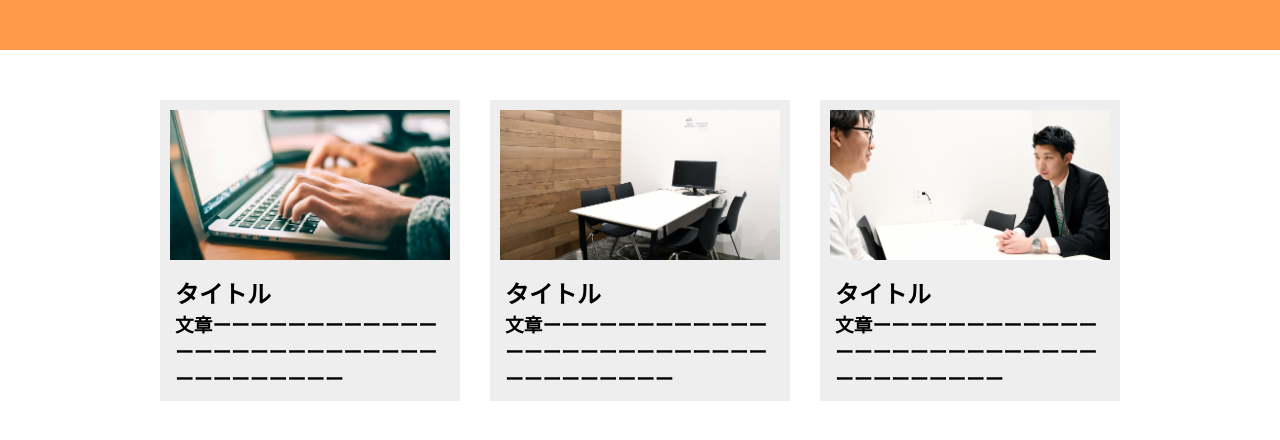
Repository: yuu3176/theme1
Page: 1-9-2/1-9-2.html
The author's editor kept a record of every edit. The page is drawn from the files as they stood at one moment, then again after the next edit.
The browser window is 1280 px wide. The pictures show the whole page.

Above is the page before.

### 1-9-2/1-9-2.html
<!DOCTYPE html>
<html lang="ja">
  <head>
    <meta charset="utf-8">
    <link rel="stylesheet" href="1-9-2.css">
    <title>1-9-2</title>
  </head>

  <body>
    <header></header>
    <main>
      <div class="box">
        <div class="box-image1"></div>
        <section class="box-text">
          <h2>タイトル</h2>
          <h3>文章ーーーーーーーーーーーーーーーーーーーーーーーーーーーーーーーーーーー</h3>
        </section>
      </div>
      <div class="box">

        <div class="box-image2"></div>
        <section class="box-text">
          <h2>タイトル</h2>
          <h3>文章ーーーーーーーーーーーーーーーーーーーーーーーーーーーーーーーーーーー</h3>
        </section>
      </div>
      <div class="box">

        <div class="box-image3"></div>
        <section class="box-text">
          <h2>タイトル</h2>
          <h3>文章ーーーーーーーーーーーーーーーーーーーーーーーーーーーーーーーーーーー</h3>
        </section>
      </div>
    </main>
  </body>
</html>

### 1-9-2/1-9-2.css
*{
  margin: 0;
  padding: 0;
  box-sizing: border-box;
}

header{
  height: 50px;
  background-color: #ff9a4b;
}

main{
  width: 960px;
  margin: 50px auto;
  display: flex;
}

.box{
  width: 300px;
  margin-right: 30px;
  padding: 10px;
  position: relative;
  background-color: #eeeeee;
}

.box:last-child{
  margin-right: 0;
}

.box-step{
  position: absolute;
  top: 0;
  left: 0;
  background-color: #ff9a4b;
  color: #fff;
}

.box-image1{
  height: 150px;
  background-image: url(img/flow01.png);
  background-position: bottom;
  background-size: cover;
}

.box-image2{
  height: 150px;
  background-image: url(img/flow02.png);
  background-position: bottom;
  background-size: cover;
}

.box-image3{
  height: 150px;
  background-image: url(img/flow03.png);
  background-position: bottom;
  background-size: cover;
}

.box-text{
  margin: 15px 0 0 5px;
}

footer{
  height: 50px;
  background-color: #aaaaaa;
}

@media screen and (max-width:768px){
  header{
    width: 100%;
  }

  main{
    width: 100%;
    margin: 50px auto;
    display: block;
  }

  .box{
    width: 90%;
    margin-bottom: 20px;
    margin-left: 5%;
    margin-right: 5%;
  }

  .box:last-child{
    margin-bottom: 0;
  }

  .box-image1 .box-image2 .box-image3{
    height: 150px;
  }

  footer{
    width: 100%;
  }
}

After the next edit:
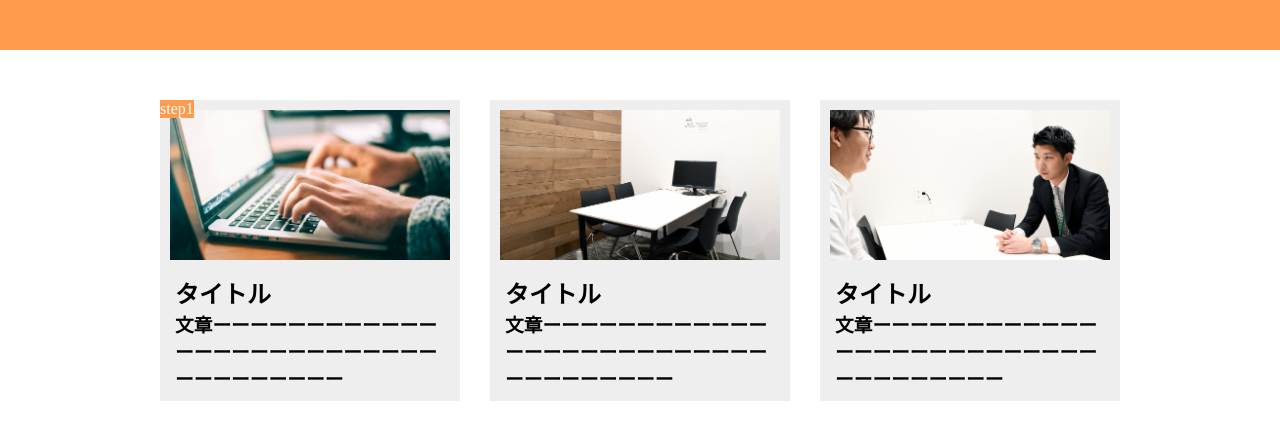
The edit:
--- a/1-9-2/1-9-2.html
+++ b/1-9-2/1-9-2.html
@@ -10,6 +10,9 @@
     <header></header>
     <main>
       <div class="box">
+        <div class="box-step">
+          <p>step1</p>
+        </div>
         <div class="box-image1"></div>
         <section class="box-text">
           <h2>タイトル</h2>
